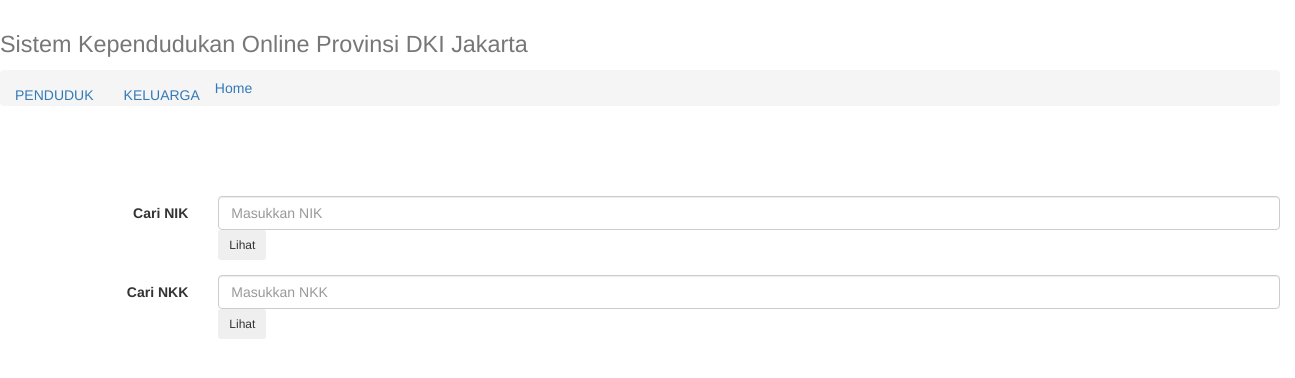
Repository: apap-2017/tugas1_1406544135
Page: http://localhost/index
These files come from the project's save history. The page is drawn as it stood at one moment and after the next save; the edit follows.
The browser window is 1280 px wide. The page is 1295 px wide, so the pictures cover 1295 px, including what lies to the right of the window. The pictures show the whole page.
The page is this project's Thymeleaf template; nobody is signed in. The template is opened directly, without the code that normally fills it, so the values that code supplies are empty.

Above is the page before, as saved 2017-10-20 03:50:16.

### Tugas1_1406544135/src/main/resources/templates/index.html
<!DOCTYPE HTML>
<html xmlns="http://www.w3.org/1999/xhtml"
	xmlns:th="http://www.thymeleaf.org">
<head>
<title>Siduk DKI</title>
<meta http-equiv="Content-Type" content="text/html; charset=UTF-8" />
     <link href="../../static/css/bootstrap.min.css" rel="stylesheet" th:href="@{/css/bootstrap.min.css}" />
</head>

<body>

	<section class="content-header">
		<h1>
			<small>Sistem Kependudukan Online Provinsi DKI Jakarta</small>
		</h1>
		<ul class="nav navbar-nav">
			<li><a th:href="@{/penduduk/}">PENDUDUK</a></li>
			<li><a th:href="@{/keluarga/}">KELUARGA</a></li>
		</ul>
		<ol class="breadcrumb">
			<li><a th:href="@{/}">Home</a></li>
		</ol>
	</section>

	<nav class="navbar navbar-static-top" role="navigation">

	</nav>

	<form class="form-horizontal" action="/penduduk" method="get">
		<div class="form-group">
			<label class="col-sm-2 control-label">Cari NIK</label>
			<div class="col-sm-10">
				<input type="text" name="nik" class="form-control" placeholder="Masukkan NIK"/>
				<button type="submit" class="btn btn-sm bg-teal pull-left" name="action" value="save">Lihat</button>
			</div>
		</div>
	</form>

	<form class="form-horizontal" action="/keluarga" method="get">
		<div class="form-group">
			<label class="col-sm-2 control-label">Cari NKK</label>
			<div class="col-sm-10">
				<input type="text" name="nkk" class="form-control" placeholder="Masukkan NKK"/>
				<button type="submit" class="btn btn-sm bg-teal pull-left" name="action" value="save">Lihat</button>
			</div>
		</div>
	</form>

</body>

</html>

Loaded but not shown: Tugas1_1406544135/src/main/resources/static/css/bootstrap.min.css (library)

After the next save:
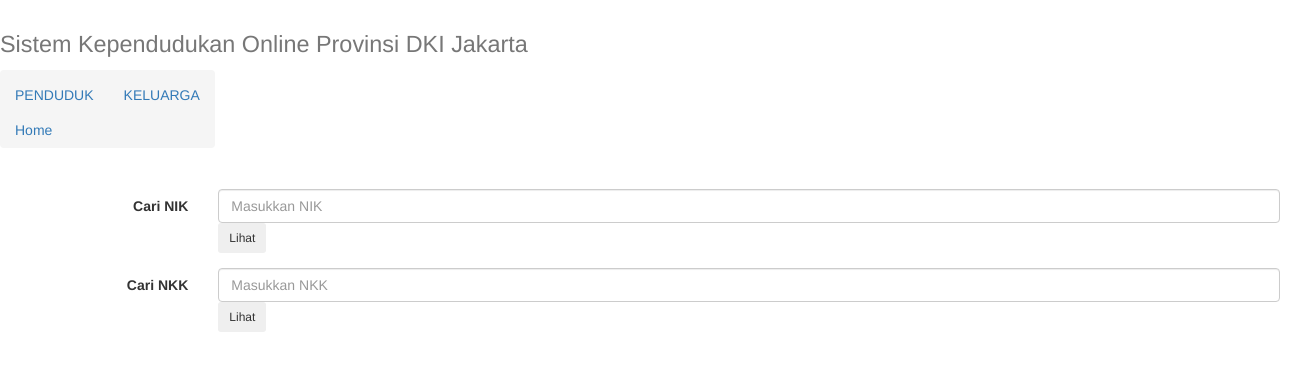
Saved 13 s later.
--- a/Tugas1_1406544135/src/main/resources/templates/index.html
+++ b/Tugas1_1406544135/src/main/resources/templates/index.html
@@ -16,10 +16,11 @@
 		<ul class="nav navbar-nav">
 			<li><a th:href="@{/penduduk/}">PENDUDUK</a></li>
 			<li><a th:href="@{/keluarga/}">KELUARGA</a></li>
-		</ul>
 		<ol class="breadcrumb">
 			<li><a th:href="@{/}">Home</a></li>
 		</ol>
+		</ul>
+
 	</section>
 
 	<nav class="navbar navbar-static-top" role="navigation">
